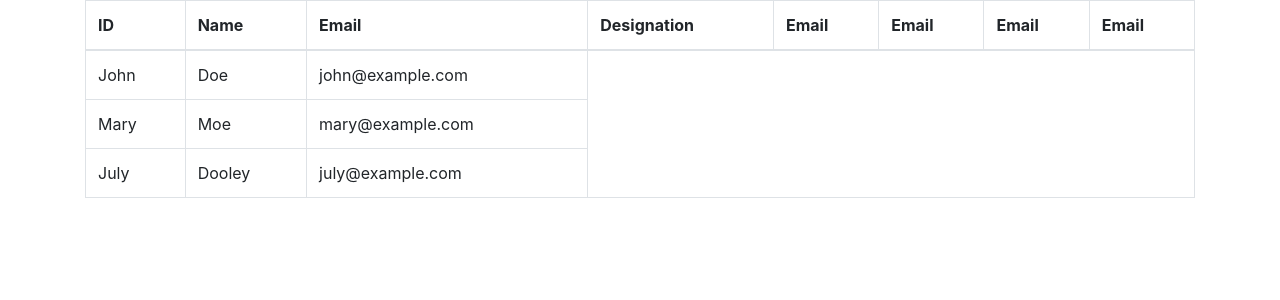
Repository: ArmanAli-cmd/EmployeeProjectDepartmentApplication
Page: http://localhost/EmployeeProjectDepartmentMVCApplication/views/employees.jsp
These files come from the project's save history. The page is drawn as it stood at one moment and after the next save; the edit follows.
The browser window is 1280 px wide. The pictures show the whole page.
The page is served by Tomcat 9.

Above is the page before, as saved 2024-01-17 16:58:25.

After the next save:
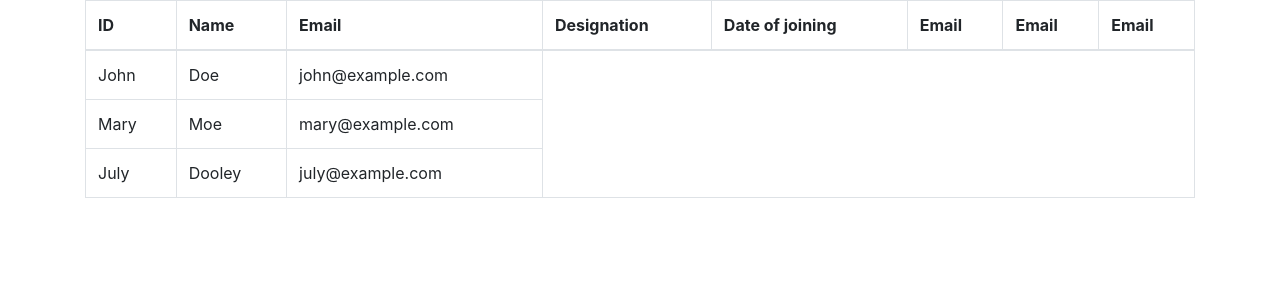
Saved 9 s later.
--- a/EmployeeProjectDepartmentMVCApplication/src/main/webapp/views/employees.jsp
+++ b/EmployeeProjectDepartmentMVCApplication/src/main/webapp/views/employees.jsp
@@ -26,7 +26,7 @@
 					<th>Name</th>
 					<th>Email</th>
 					<th>Designation</th>
-					<th>Email</th>
+					<th>Date of joining</th>
 					<th>Email</th>
 					<th>Email</th>
 					<th>Email</th>
